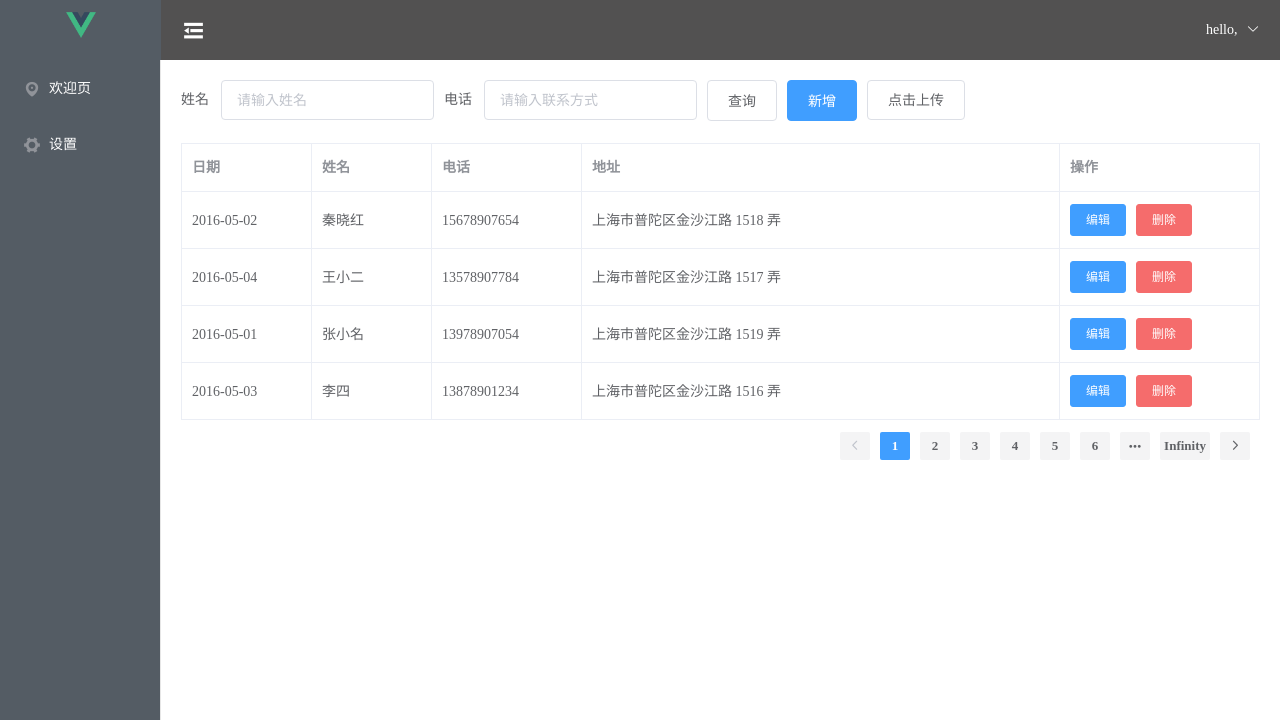
Repository: qianxuebing/admin
Page: /Layout/Table
The author's editor kept a copy of each file at every save. The page is drawn from the files as they stood at one save, then again after the next save.
The browser window is 1280 px wide. The pictures show the whole page.
The project was rebuilt for these pictures with package versions that can differ from the ones it lists, and the page was loaded fresh each time. Also part of the build but not shown: src/views/login/Login.vue. Imported but missing from the stored project, and not drawn on this page: src/views/home/Home.

Above is the page before, as saved 2020-01-13 10:45:21.

After the next save:
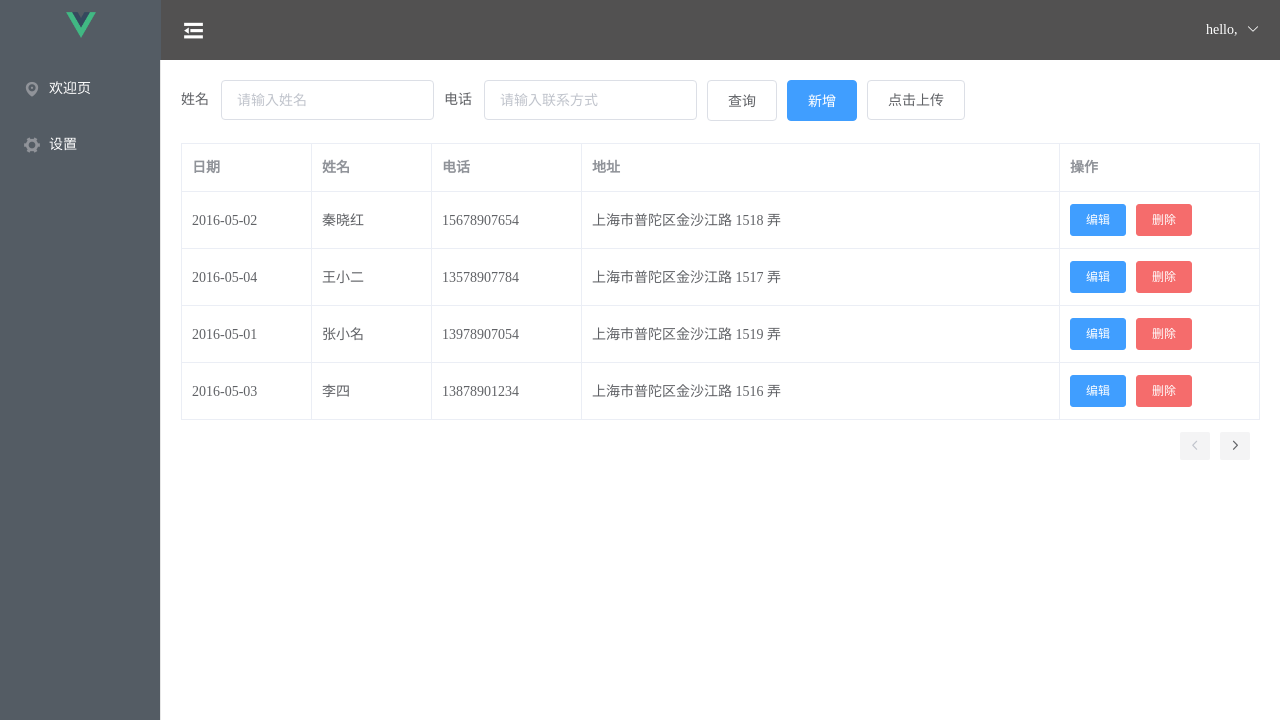
Saved 14 s later.
--- a/src/views/table/Table.vue
+++ b/src/views/table/Table.vue
@@ -100,7 +100,7 @@
       editIndex: 0,
       pageSize: 0,
       currentPage: 1,
-      total: tableData.length,
+      total: 0,
       formInline: {
         name: '',
         telephone: ''

After the save that followed:
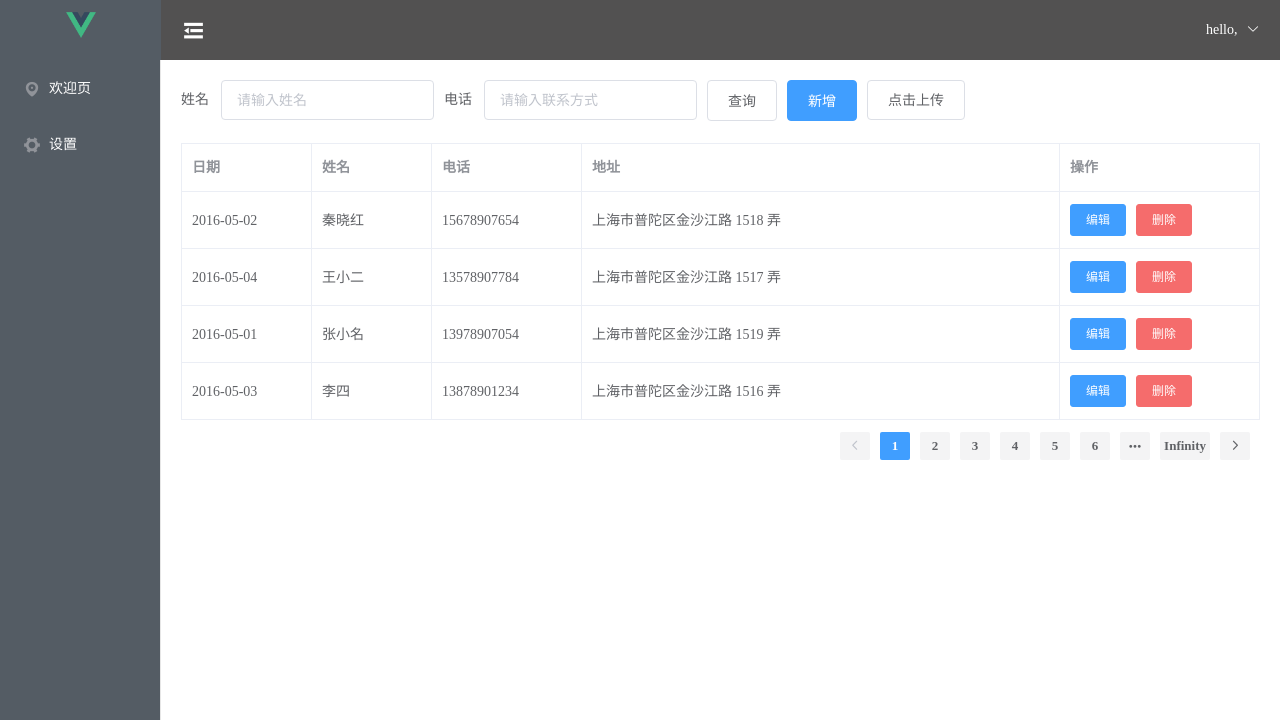
Saved 7 s later.
--- a/src/views/table/Table.vue
+++ b/src/views/table/Table.vue
@@ -100,7 +100,7 @@
       editIndex: 0,
       pageSize: 0,
       currentPage: 1,
-      total: 0,
+      total: 1,
       formInline: {
         name: '',
         telephone: ''
